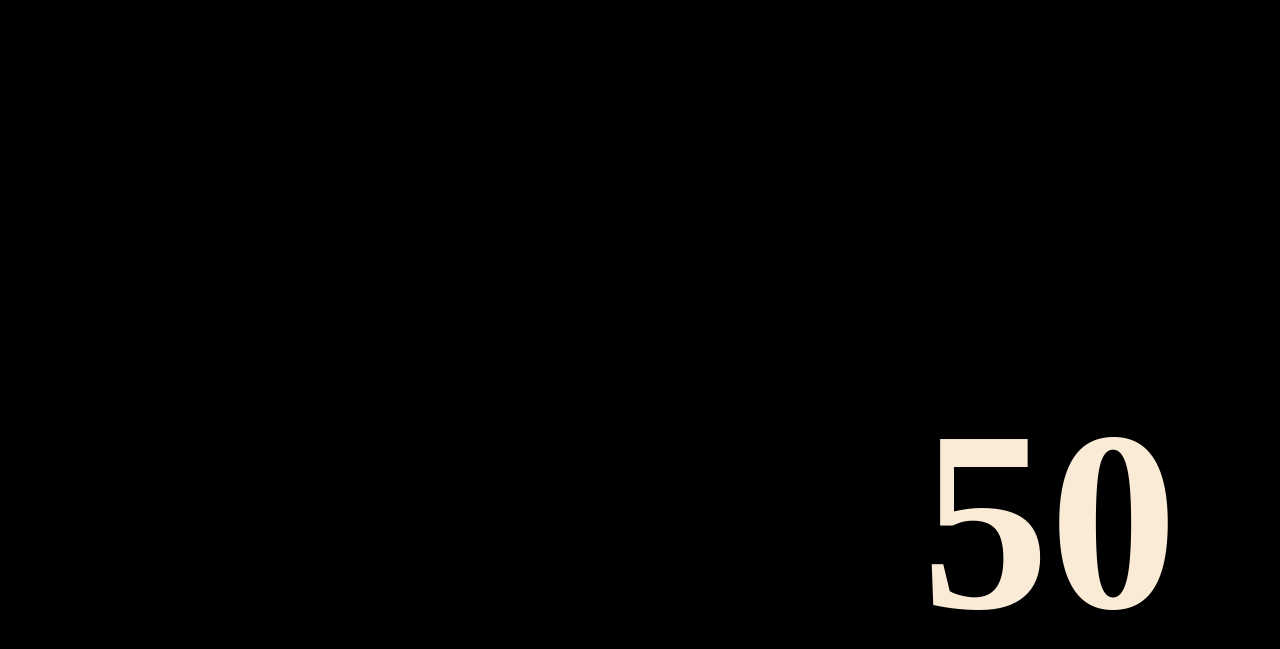
Repository: GG1627/3d-portfolio
Page: /
These files come from the project's save history. The page is drawn as it stood at one moment and after the next save; the edit follows.
The browser window is 1280 px wide. The pictures show the whole page.
The project was rebuilt for these pictures with package versions that can differ from the ones it lists, and the page was loaded fresh each time. Also part of the build but not shown: vite.config.ts.

Above is the page before, as saved 2025-01-05 16:36:53.

After the next save:
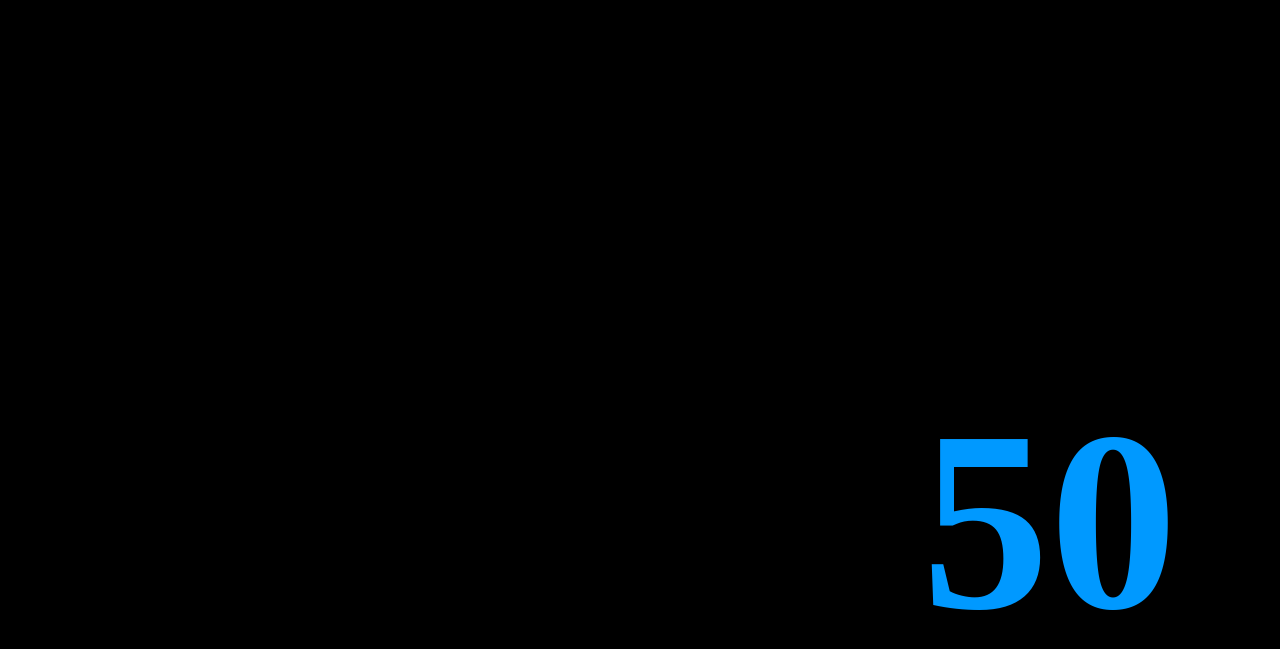
Saved 40 s later.
--- a/src/WelcomeScreen.css
+++ b/src/WelcomeScreen.css
@@ -33,7 +33,7 @@
   justify-content: flex-end;
   align-items: flex-end;
   z-index: 1000;
-  color: antiquewhite;
+  color: rgb(0, 153, 255);
   padding: 0.2em 0.4em;
   font-size: 20vw;
 }
